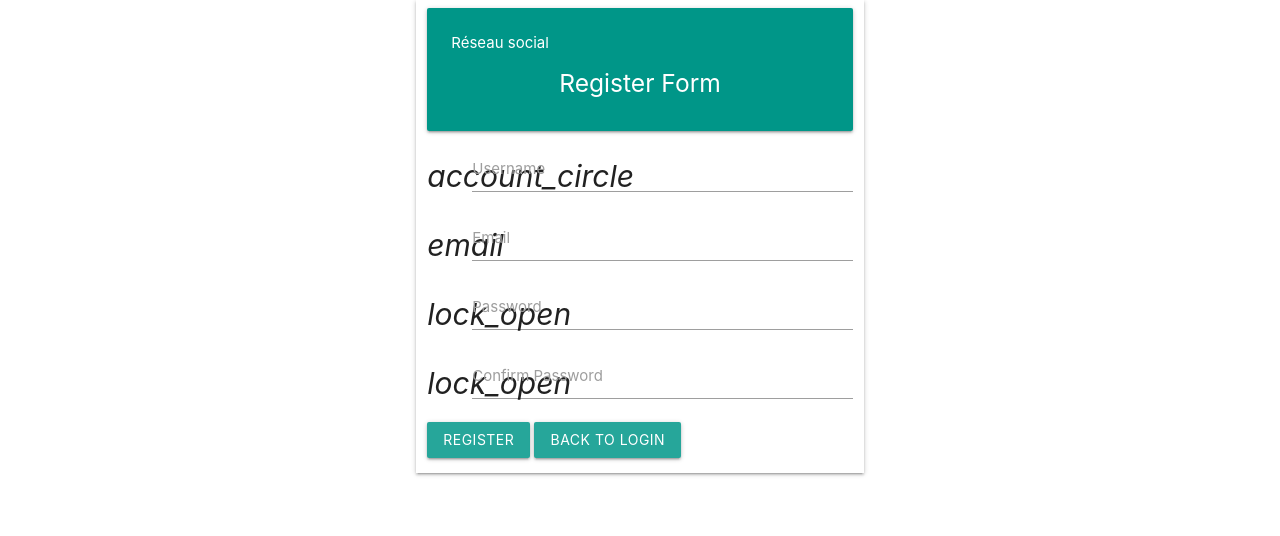
Repository: thdal/Atelier_JEE_16_02
Page: http://localhost/Atelier_JEE_16_02/WEB-INF/pages/connexion/FormRegister.jsp
The author's editor kept a copy of each file at every save. The page is drawn from the files as they stood at one save, then again after the next save.
The browser window is 1280 px wide. The pictures show the whole page.
The page is served by Tomcat 9. Nobody is signed in. The template is opened directly, without the code that normally fills it, so the values that code supplies are empty.

Above is the page before, as saved 2021-02-22 07:24:23.

After the next save:
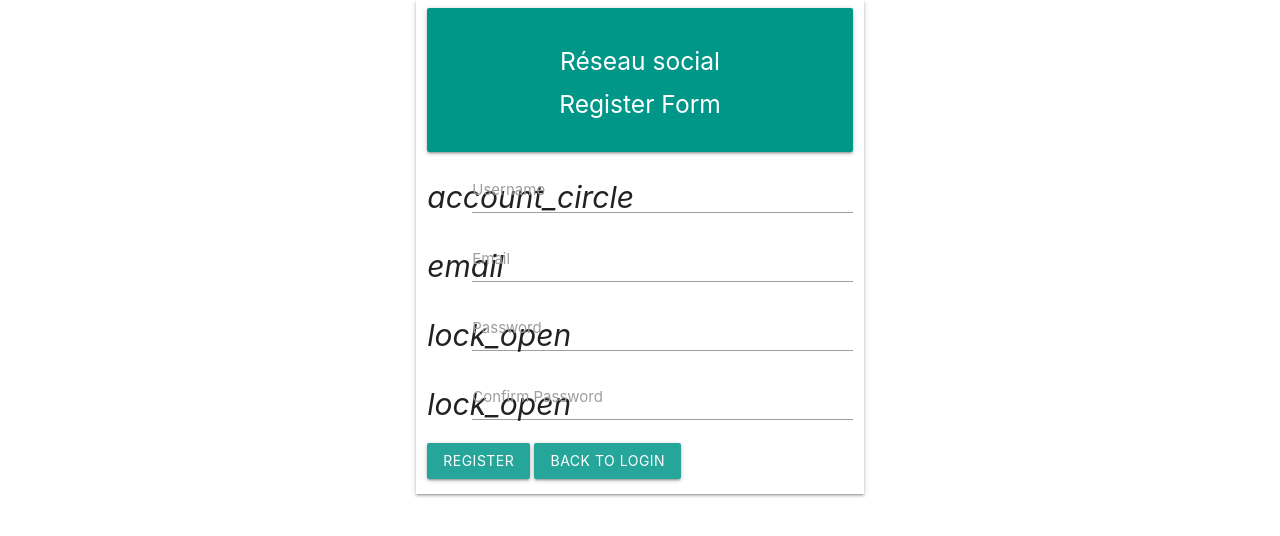
Saved 49 s later.
--- a/Atelier_JEE_16_02/src/main/webapp/WEB-INF/pages/connexion/FormRegister.jsp
+++ b/Atelier_JEE_16_02/src/main/webapp/WEB-INF/pages/connexion/FormRegister.jsp
@@ -16,7 +16,7 @@
           <div class="col s6 offset-s3 z-depth-1" id="panell">
             <!-- <h5 style="text-align: center;" id="title">Register Form</h5> -->
             <div class="card-panel teal">
-	          <span style="text-align: center;" class="white-text">Réseau social</span>
+	          <h5 style="text-align: center;" class="white-text">Réseau social</h5>
 	          <h5 style="text-align: center;" class="white-text" id="title">Register Form</h5>
 	        </div>
             <form>
